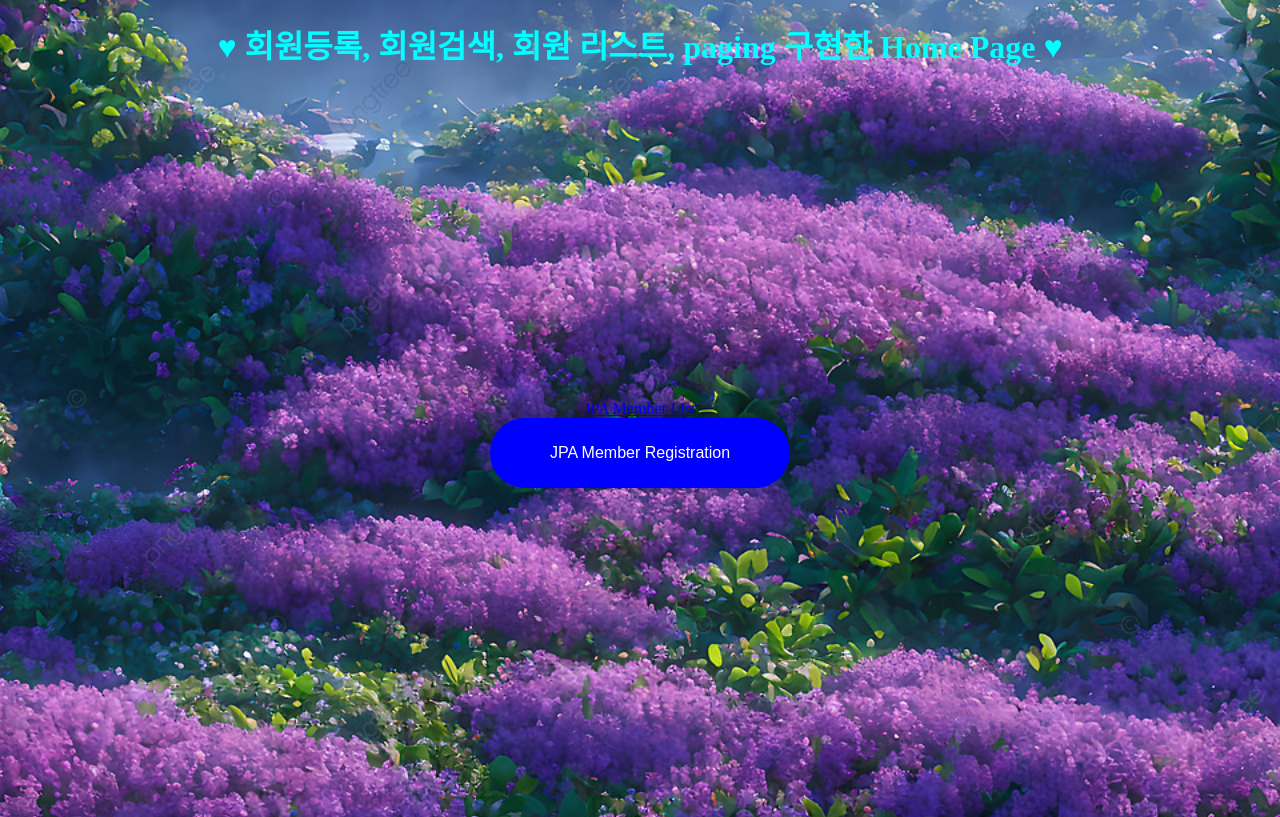
Repository: leejinwon-bite/Gseek-jpa-education
Page: http://localhost/thymeleaf/index
An editor plug-in stored every save of this project. The page is shown before and after the next save, followed by the edit.
The browser window is 1280 px wide. The pictures show the whole page.
The page is this project's Thymeleaf template; nobody is signed in. The template is opened directly, without the code that normally fills it, so the values that code supplies are empty.

Above is the page before, as saved 2025-02-17 23:18:52.

After the next save:
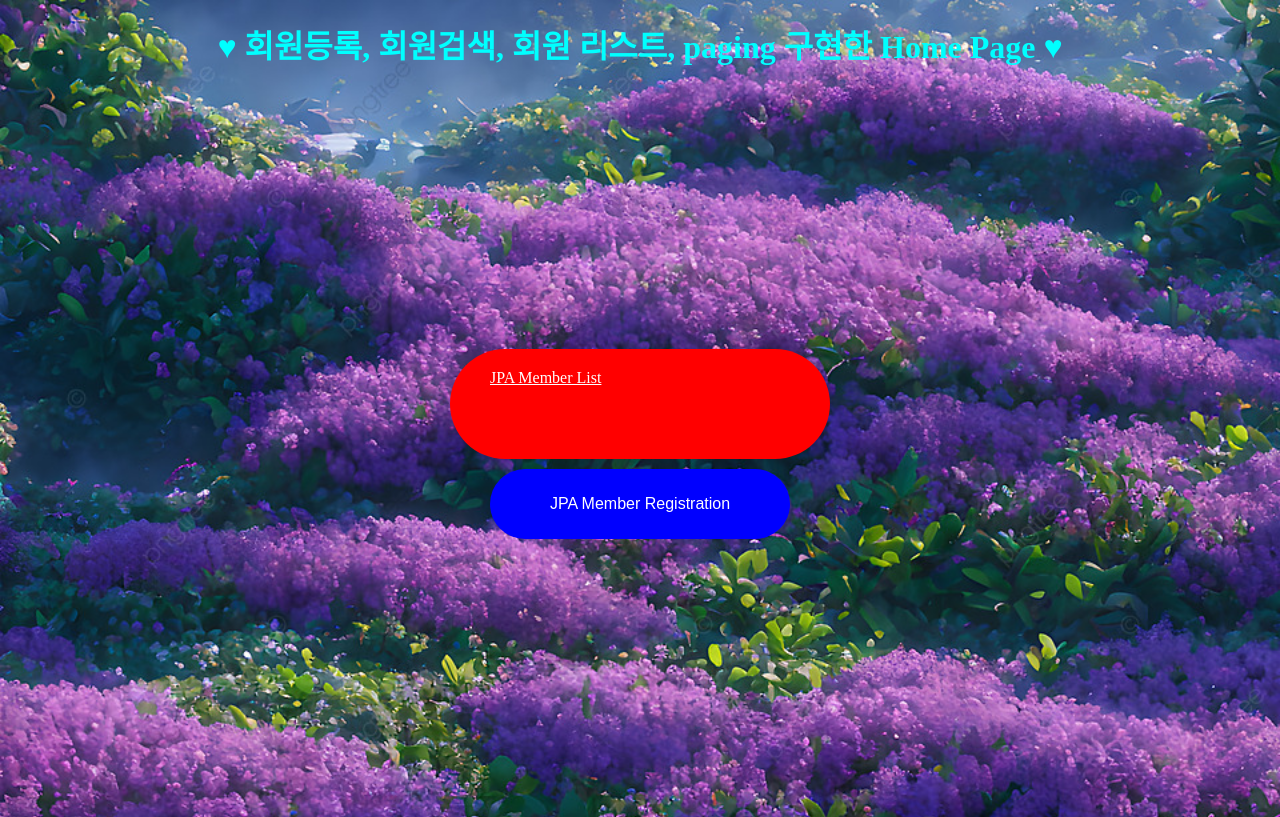
Saved 44 s later.
--- a/jpamember/src/main/resources/templates/thymeleaf/index.html
+++ b/jpamember/src/main/resources/templates/thymeleaf/index.html
@@ -23,7 +23,7 @@
  }
 
 
-  div > button {
+  div > button,a {
     width: 300px;
     height: 70px;
     background: red;
